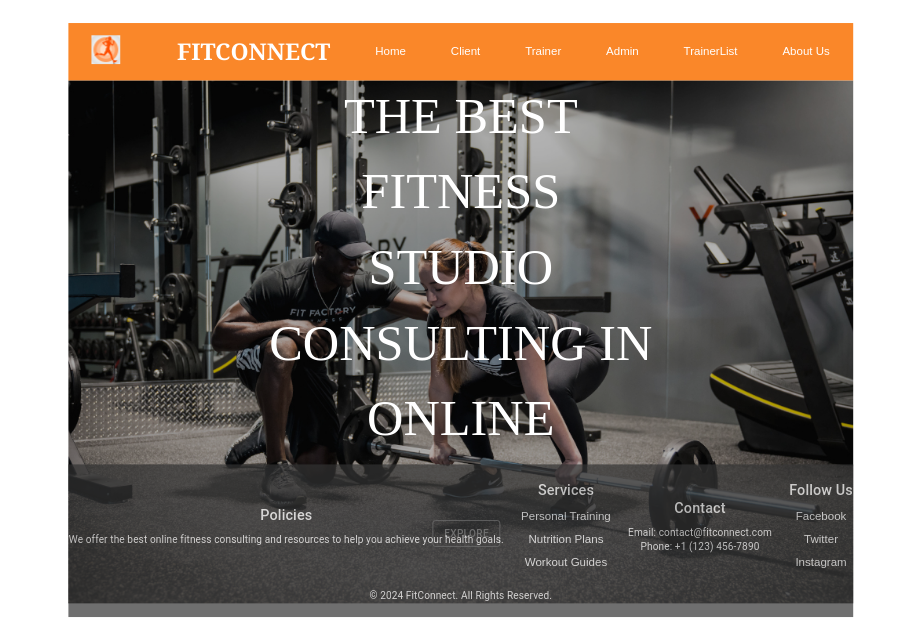
Repository: sarathraj2002/fitconnect
Page: / (app in Frontend/)
An editor plug-in stored every save of this project. The page is shown before and after the next save, followed by the edit.
The browser window is 1280 px wide. The pictures show the whole page, at 72% of full size.
The project was rebuilt for these pictures with package versions that can differ from the ones it lists, and the page was loaded fresh each time. Also part of the build but not shown: Frontend/vite.config.js, Frontend/src/components/ClientPage.jsx, Frontend/src/components/TrainerPage.jsx, Frontend/src/components/AdminPage.css, Frontend/src/components/AdminPage.jsx, Frontend/src/components/TrainerListPage.jsx, Frontend/src/components/AboutUs.jsx, Frontend/src/components/ClientRegister.css and 5 more.

Above is the page before, as saved 2024-11-17 22:39:01.

### Frontend/index.html
<!doctype html>
<html lang="en">
  <head>
    <meta charset="UTF-8" />
    <link rel="icon" type="image/svg+xml" href="/vite.svg" />
    <meta name="viewport" content="width=device-width, initial-scale=1.0" />
    <title>FitConnect</title>
  </head>
  <body>
    <div id="root"></div>
    <script type="module" src="/src/main.jsx"></script>
  </body>
</html>

### Frontend/src/App.jsx
import React from 'react';
import { useState } from 'react'
import './App.css'
import { Route, Routes } from 'react-router-dom';
import NavBar from './components/NavBar';
import ClientPage from './components/ClientPage.jsx';
import TrainerPage from './components/TrainerPage';
import AdminPage from './components/AdminPage';
import TrainerListPage from './components/TrainerListPage';
import AboutUs from './components/AboutUs.jsx';
import Home from './components/Home.jsx';
import ClientRegister from './components/ClientRegister.jsx';
import Blog from './components/Blog.jsx';
import TrainerRegister from './components/TrainerRegister.jsx';
import TrainerProfile from './components/TrainerProfile.jsx';

function App() {
  const [count, setCount] = useState(0)

  return (
    <>


      <NavBar />
      <Routes>
        <Route path="/" element={<Home />}></Route>
        <Route path="/client" element={<ClientPage />}></Route>
        <Route path="/trainer" element={<TrainerPage />} ></Route>
        <Route path="/admin" element={<AdminPage />}></Route>
        <Route path="/trainerlist" element={<TrainerListPage />}></Route>
        <Route path="/about" element={<AboutUs />}></Route>
        <Route path="/register" element={<ClientRegister />}></Route>
        <Route path="/trainerregister" element={<TrainerRegister />}></Route>
        <Route path="/blog" element={<Blog/>}></Route>
        <Route path="/profile" element={<TrainerProfile />}></Route>

      </Routes>



    </>
  )
}

export default App

### Frontend/src/components/Navbar.jsx
import React from 'react';
import { Link } from 'react-router-dom';
import './navbar.css';
import { assets } from '../assets/assets';
const Navbar = () => {
  return (
     <nav className="navbar">
    {/* Logo */}
    <div className="navbar-logo">
      <img src={assets.logo} alt="Logo" />
    </div>
    <div className='head'>
     <b> FITCONNECT</b>
    </div>


        <Link to="/" style={{textDecoration:'none',color:'white'}}>Home</Link>
        <Link to="/client" style={{textDecoration:'none',color:'white'}}>Client</Link>
        <Link to="/trainer" style={{textDecoration:'none',color:'white'}}>Trainer</Link>
        <Link to="/admin" style={{textDecoration:'none',color:'white'}}>Admin</Link>
        <Link to="/trainerlist" style={{textDecoration:'none',color:'white'}}>TrainerList</Link>
        <Link to="/about" style={{textDecoration:'none',color:'white'}}>About Us</Link>

    </nav>
  );
};

export default Navbar;

### Frontend/src/components/Home.jsx
import React from 'react'
import { assets } from '../assets/assets'
import Button from '@mui/material/Button';
import { Stack } from '@mui/material';
import { Link, useNavigate } from 'react-router-dom';
import Footer from './Footer';

const Home = () => {

  const navigate=useNavigate()

  return (

    <>

    <div className='img' style={{ position: 'relative', textAlign: 'center' }}>

    <img
      style={{  width: '100%',filter: 'brightness(70%)' }}
      src={assets.head1}
      alt=""
    />
    <p
      style={{
        position: 'absolute',
        top: '50%',
        left: '50%',
        transform: 'translate(-50%, -50%)',
        color: 'white',
        fontSize: '70px',

        fontFamily:'fantasy'
      }}
    >
      THE BEST FITNESS STUDIO CONSULTING IN ONLINE
      <Stack spacing={2} direction="row" alignItems="center"
      justifyContent="center"
      style={{ height: '30vh' }} >

      <Link to="/blog" style={{ textDecoration: 'none' }}></Link>
      <Button onClick={()=>navigate('/blog')} variant="outlined" sx={{ color: 'white', borderColor: 'white' }}>EXPLORE </Button>
    </Stack>

    </p>




    </div>
    <Footer />
    </>
  )
}

export default Home;

### Frontend/src/components/Navbar.css
* {
  margin: 0;
  padding: 0;
  box-sizing: border-box;
}

body {
  font-family: Arial, sans-serif;
}

.navbar {
  display: flex;
  align-items: center;
  justify-content: space-between;
  background-color: #fa8729;
  padding: 1rem 2rem;
  color: white;
  width: 100%;
}

.navbar-logo img {
  height: 40px;
  width: auto;
}

.head {
  font-size: xx-large;
  font-family: Georgia, 'Times New Roman', Times, serif;
  color: white;
  margin-left: 1rem;
}

.navbar-links {
  display: flex;
  gap: 1.5rem;
  list-style: none;
  margin-left: auto; /* Align links to the right */
}

.navbar-links a {
  text-decoration: none;
  color: white;
  font-size: 1rem;
  transition: color 0.3s ease;
}

.navbar-links a:hover {
  color: #ec7819;
}

.navbar-toggle {
  display: none;
  font-size: 1.5rem;
  color: white;
  cursor: pointer;
}

/* Mobile view adjustments */
@media (max-width: 768px) {
  .navbar {
      flex-direction: column;
      align-items: flex-start;
  }

  .navbar-links {
      display: none;
      flex-direction: column;
      width: 100%;
      background-color: #fa8729;
      position: absolute;
      top: 100%;
      left: 0;
      padding: 1rem 2rem;
      border-radius: 0;
  }

  .navbar-links.open {
      display: flex;
  }

  .navbar-toggle {
      display: block;
  }

  .head {
      margin-left: 0;
      margin-bottom: 1rem;
  }
}

### Frontend/src/assets/assets.js
import logo from './logo.png';
import head1 from './head1.png'

export const assets={
    logo,
    head1
};

### Frontend/src/components/Footer.jsx

import React from 'react';
import { Box, Typography, Link, Stack } from '@mui/material';

const Footer = () => {
  return (
    <Box
      component="footer"
      sx={{
        backgroundColor: '#333',
        opacity:'70%',
        color: 'white',
        padding: '20px 0',
        textAlign: 'center',
        mt: -25
      }}
    >
      <Stack
        direction={{ xs: 'column' ,sm:'row' }}
        spacing={3}
        justifyContent="center"
        alignItems="center"
      >

        <Box>
          <Typography variant="h6">Policies</Typography>
          <Typography variant="body2" sx={{ mt: 1 }}>
            We offer the best online fitness consulting and resources to help you achieve your health goals.
          </Typography>
        </Box>


        <Box>
          <Typography variant="h6">Services</Typography>
          <Link href="/services" color="inherit" underline="none" sx={{ display: 'block', mt: 1 }}>
            Personal Training
          </Link>
          <Link href="/services" color="inherit" underline="none" sx={{ display: 'block', mt: 1 }}>
            Nutrition Plans
          </Link>
          <Link href="/services" color="inherit" underline="none" sx={{ display: 'block', mt: 1 }}>
            Workout Guides
          </Link>
        </Box>


        <Box>
          <Typography variant="h6">Contact</Typography>
          <Typography variant="body2" sx={{ mt: 1 }}>Email: contact@fitconnect.com</Typography>
          <Typography variant="body2">Phone: +1 (123) 456-7890</Typography>
        </Box>


        <Box>
          <Typography variant="h6">Follow Us</Typography>
          <Link href="https://facebook.com" color="inherit" underline="none" sx={{ display: 'block', mt: 1 }}>
            Facebook
          </Link>
          <Link href="https://twitter.com" color="inherit" underline="none" sx={{ display: 'block', mt: 1 }}>
            Twitter
          </Link>
          <Link href="https://instagram.com" color="inherit" underline="none" sx={{ display: 'block', mt: 1 }}>
            Instagram
          </Link>
        </Box>
      </Stack>


      <Typography variant="body2" sx={{ mt: 3 }}>
        &copy; {new Date().getFullYear()} FitConnect. All Rights Reserved.
      </Typography>
    </Box>
  );
};

export default Footer;

Loaded but not shown: Frontend/src/main.jsx (common file); Frontend/src/index.css (common file); Frontend/src/App.css (common file)

After the next save:
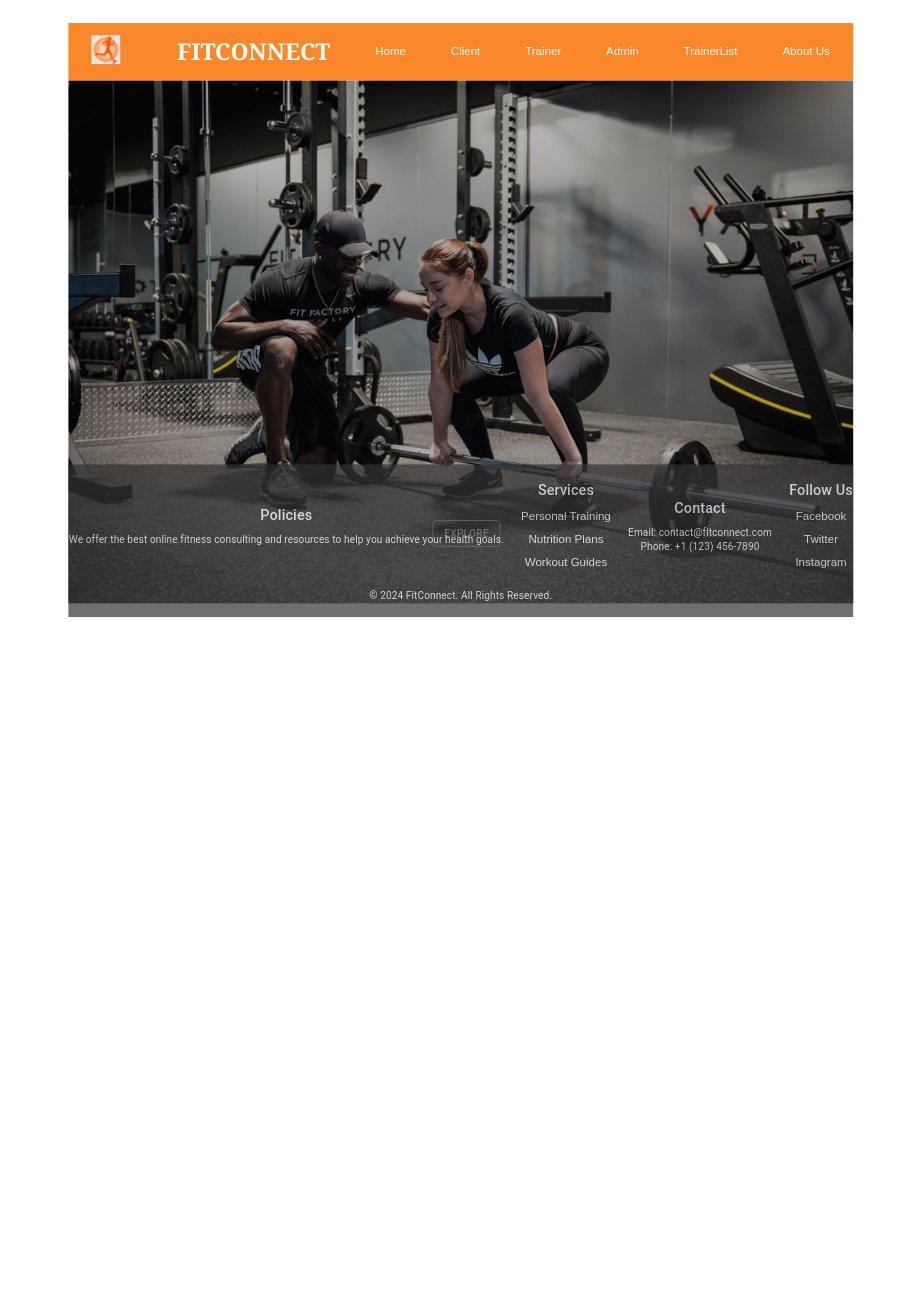
Saved 58 s later.
--- a/Frontend/src/components/Home.jsx
+++ b/Frontend/src/components/Home.jsx
@@ -35,7 +35,7 @@
       THE BEST FITNESS STUDIO CONSULTING IN ONLINE
       <Stack spacing={2} direction="row" alignItems="center"
       justifyContent="center"
-      style={{ height: '30vh' }} >
+      style={{ height: '300vh' }} >
 
       <Link to="/blog" style={{ textDecoration: 'none' }}></Link>
       <Button onClick={()=>navigate('/blog')} variant="outlined" sx={{ color: 'white', borderColor: 'white' }}>EXPLORE </Button>

After the save that followed:
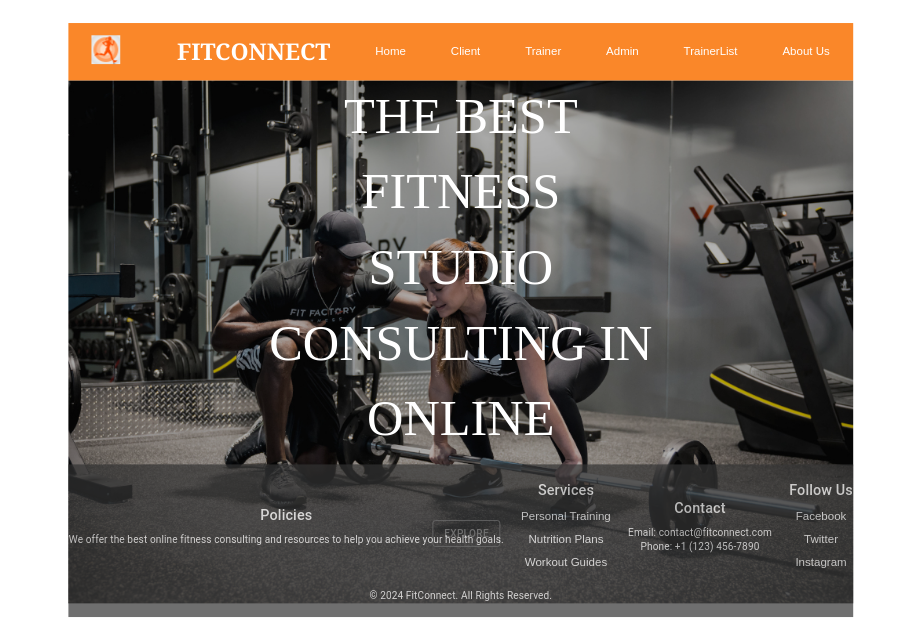
Saved 6 s later.
--- a/Frontend/src/components/Home.jsx
+++ b/Frontend/src/components/Home.jsx
@@ -35,7 +35,7 @@
       THE BEST FITNESS STUDIO CONSULTING IN ONLINE
       <Stack spacing={2} direction="row" alignItems="center"
       justifyContent="center"
-      style={{ height: '300vh' }} >
+      style={{ height: '30vh' }} >
 
       <Link to="/blog" style={{ textDecoration: 'none' }}></Link>
       <Button onClick={()=>navigate('/blog')} variant="outlined" sx={{ color: 'white', borderColor: 'white' }}>EXPLORE </Button>
